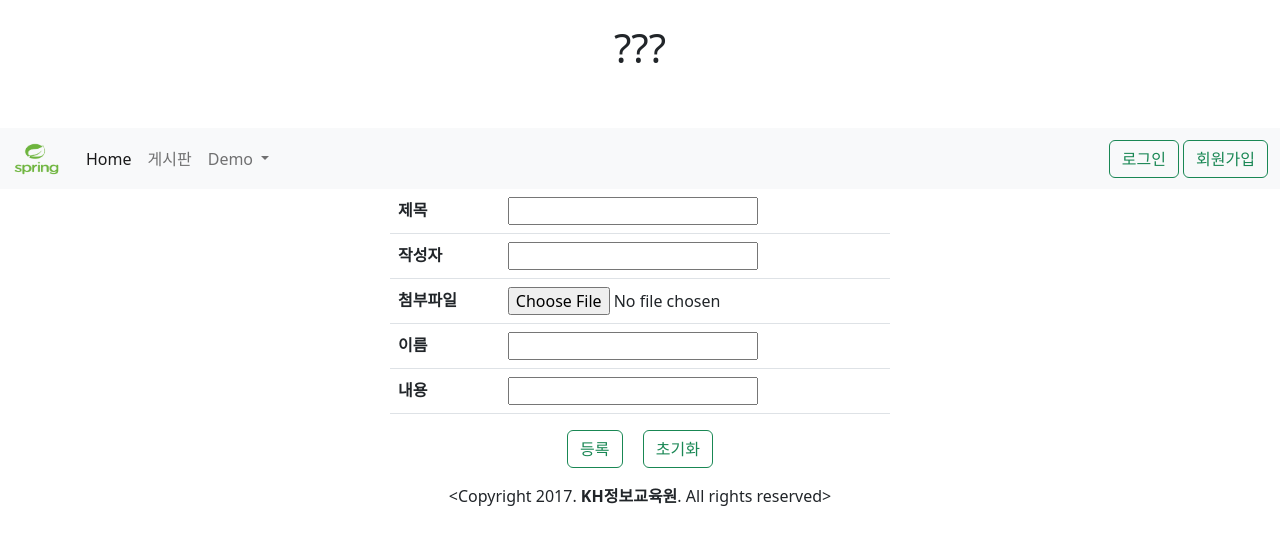
Repository: yerimeee/06_springWork
Page: http://localhost/springProject/WEB-INF/views/board/boardForm.jsp
An editor plug-in stored every save of this project. The page is shown before and after the next save, followed by the edit.
The browser window is 1280 px wide. The pictures show the whole page.
The page is served by Tomcat 9. Nobody is signed in. Other server files are loaded and not shown. The template is opened directly, without the code that normally fills it, so the values that code supplies are empty.

Above is the page before, as saved 2023-06-19 05:09:10.

### springProject/src/main/webapp/WEB-INF/views/board/boardForm.jsp
<%@ page language="java" contentType="text/html; charset=UTF-8"
    pageEncoding="UTF-8"%>

<style>
	#container{width:500px; margin:auto;}
	th, td{height:30px;}
	input{width:250px;}
	.guide {display:none;}
	.ok {color:green;}
	.error {color:red;}
</style>
<jsp:include page="/WEB-INF/views/common/header.jsp">
	<jsp:param value="글쓰기" name="title"/>
</jsp:include>
	<div id="container">
		<form action="${pageContext.request.contextPath}/board/boardEnroll.bo" method="post" name="enrollfrm" enctype="multipart/form-data">
			<table class="table">
				<tr>
					<th scope="col">제목</th>
					<td scope="col">
						<input name="boardTitle"  required>
					</td>
				</tr>
				<tr>
					<th scope="col">작성자</th>
					<td scope="col">
						<input name="boardWriter" value="${loginMember.userId }" readonly>
					</td>
				</tr>
				<tr>
					<th scope="col">첨부파일</th>
					<td scope="col">
						<input type="file" name="upFile">
					</td>
				</tr>
					<tr>
					<th scope="col">이름</th>
					<td scope="col">
						<input name="userName" required>
					</td>
				</tr>
					<tr>
					<th scope="col">내용</th>
					<td scope="col">
						<input name="content" row="10" cols="50" required>
					</td>
				</tr>
			</table>
			<button class="btn btn-outline-success" type="submit" >등록</button>&emsp;
			<button class="btn btn-outline-success" type="reset">초기화</button>
		</form>
	</div>

<jsp:include page="/WEB-INF/views/common/footer.jsp" />

### springProject/src/main/webapp/WEB-INF/views/common/header.jsp
<%@ page language="java" contentType="text/html; charset=UTF-8"
    pageEncoding="UTF-8"%>
<%@ taglib prefix="c" uri="http://java.sun.com/jsp/jstl/core" %>
<%@ taglib prefix="fmt" uri="http://java.sun.com/jsp/jstl/fmt" %>
<%@ taglib prefix="fn" uri="http://java.sun.com/jsp/jstl/functions" %>
<!DOCTYPE html>
<html>
<head>
<meta charset="UTF-8">

<title>${param.title }</title> <!-- input form은 request. 으로 받고 param으로 들어온 건 param으로 받음 -->

<script src="https://ajax.googleapis.com/ajax/libs/jquery/3.6.3/jquery.min.js"></script>
<link href="https://cdn.jsdelivr.net/npm/bootstrap@5.2.3/dist/css/bootstrap.min.css" rel="stylesheet" integrity="sha384-rbsA2VBKQhggwzxH7pPCaAqO46MgnOM80zW1RWuH61DGLwZJEdK2Kadq2F9CUG65" crossorigin="anonymous">
<link rel="stylesheet" href="${pageContext.request.contextPath}/resources/css/style.css">

<!-- DB에 저장이 잘 되었다면 alert창 띄우기 -->
<c:if test="${not empty msg }">
	<script type="text/javascript">
		alert('${msg}');
	</script>
</c:if>

</head>
<body>
	<script src="https://cdn.jsdelivr.net/npm/bootstrap@5.2.3/dist/js/bootstrap.bundle.min.js" integrity="sha384-kenU1KFdBIe4zVF0s0G1M5b4hcpxyD9F7jL+jjXkk+Q2h455rYXK/7HAuoJl+0I4" crossorigin="anonymous"></script>

	<header>
		<br>
		<h1 align="center">${param.title }</h1>
		<br><br>
		<nav class="navbar navbar-expand-lg bg-light">
		  <div class="container-fluid">
		    <a class="navbar-brand" href="#">
		    	<img src="${pageContext.request.contextPath}/resources/img/spring.png" alt="spring" width="50" height="35">
		    </a>
		    <button class="navbar-toggler" type="button" data-bs-toggle="collapse" data-bs-target="#navbarSupportedContent" aria-controls="navbarSupportedContent" aria-expanded="false" aria-label="Toggle navigation">
		      <span class="navbar-toggler-icon"></span>
		    </button>
		    <div class="collapse navbar-collapse" id="navbarSupportedContent">
		      <ul class="navbar-nav me-auto mb-2 mb-lg-0">
		        <li class="nav-item">
		          <a class="nav-link active" aria-current="page" href="${pageContext.request.contextPath }">Home</a>
		        </li>
		        <li class="nav-item">
		          <a class="nav-link" href="${pageContext.request.contextPath }/board/boardList.bo">게시판</a>
		        </li>
		        <li class="nav-item dropdown">
		          <a class="nav-link dropdown-toggle" href="#" role="button" data-bs-toggle="dropdown" aria-expanded="false">
		            Demo
		          </a>
		          <ul class="dropdown-menu">
		            <li><a class="dropdown-item" href="${pageContext.request.contextPath}/demo/devForm.do">Demo등록</a></li>
		            <li><a class="dropdown-item" href="${pageContext.request.contextPath}/demo/devList.do">Demo목록</a></li>
		          </ul>
		        </li>
		      </ul>
		      <%-- <button class="btn btn-outline-success" type="button" onclick="location.href='${pageContext.request.contextPath}/member/memberLogin.me'">로그인</button>&nbsp;--%>
		      																						<!-- 경로 이렇게 설정하면 get방식이 됨 -->

		    <!-- 로그인이 되어있지 않으면 로그인창 -->
		      <c:if test="${empty loginMember }">
		      	<button class="btn btn-outline-success" type="button"
		      		data-bs-toggle="modal" data-bs-target="#loginModal">로그인</button>&nbsp;
		      	<!-- 토글은 한 번 눌렀으면 보여지고 다시 누르면 안 보이는 기능인데 모달 창에서 버튼을 누르면 다른 모달창으로 넘어갈 수 있게 구현한 것임 -->
		      	<button class="btn btn-outline-success" type="button"
		      		onclick="location.href='${pageContext.request.contextPath}/member/memberEnroll.me'">회원가입</button>
		      	<!-- onclikc locatio.href으로 했으니 get방식이 됨 -->
		      </c:if>

		      <!-- 로그인이 되었으면 -->
		      <c:if test="${not empty loginMember }">
		      	<a href="${pageContext.request.contextPath }/member/memberDetail.me">${loginMember.userName }님 로그인 되었습니다</a>&emsp;
		      	<button class="btn btn-outline-success" type="button"
		      		onclick="location.href='${pageContext.request.contextPath}/member/memberLogout.me'">로그아웃</button>
		      </c:if>
		    </div>
		  </div>
		</nav>

		<!-- 로그인 모달창 -->
		<div class="modal" tabindex="-1" id="loginModal">
		  <div class="modal-dialog">
		    <div class="modal-content">
		      <div class="modal-header">
		        <h5 class="modal-title">로그인</h5>
		        <button type="button" class="btn-close" data-bs-dismiss="modal" aria-label="Close"></button>
		      </div>

		      <form action="${pageContext.request.contextPath }/member/memberLogin.me" method="post">
			      <div class="modal-body">
					<div class="mb-3 row">
						<label for="name" class="col-sm-2 col-form-label">ID</label>
						<div class="col-sm-10">
							<input type="text" class="form-control" name="userId" required>
						</div>
					</div>
						<div class="mb-3 row">
							<label for="career" class="col-sm-2 col-form-label">PW</label>
							<div class="col-sm-10">
								<input type="password" class="form-control" name="userPwd" required>
							</div>
						</div>
			      </div>

		      <div class="modal-footer">
		        <button type="button" class="btn btn-secondary" data-bs-dismiss="modal">닫기</button>
		        <button type="submit" class="btn btn-primary" data-bs-dismiss="modal">로그인</button>
		      </div>
		      </form>
		    </div>
		  </div>
		</div>
	</header>
	<section>

</body>
</html>

### springProject/src/main/webapp/WEB-INF/views/common/footer.jsp
<%@ page language="java" contentType="text/html; charset=UTF-8"
    pageEncoding="UTF-8"%>

	</section>
	<footer>
		<p>&lt;Copyright 2017. <strong>KH정보교육원</strong>. All rights reserved&gt;</p>
	</footer>

	</body>
</html>

### springProject/src/main/webapp/resources/css/style.css
@charset "UTF-8";

h1 {text-align:center;}
section {text-align:center;}
footer {text-align:center;}

After the next save:
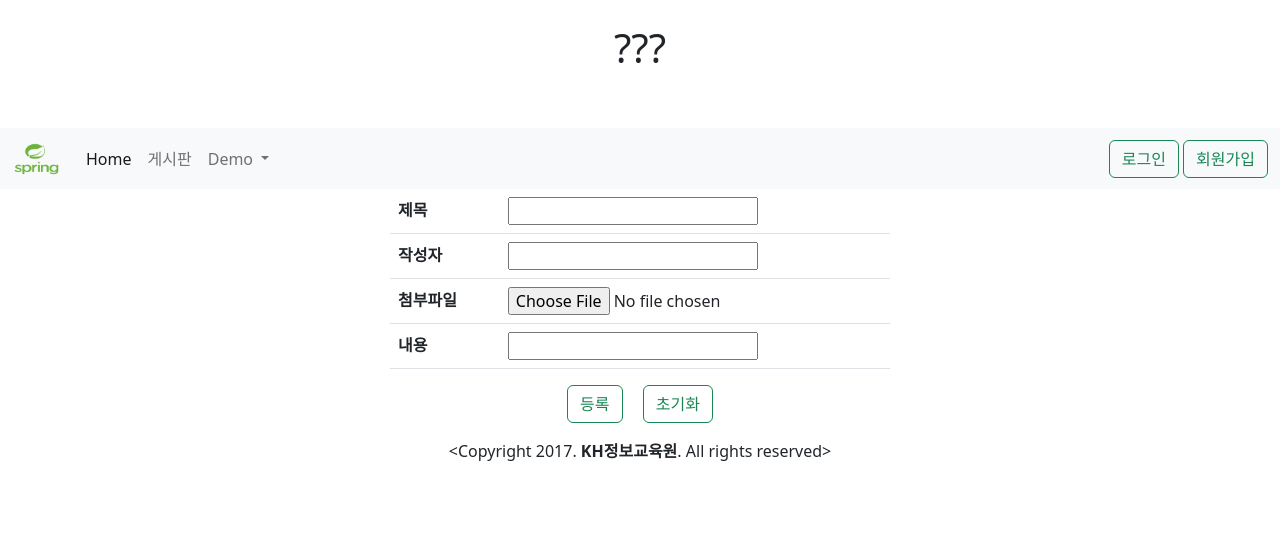
Saved 5 min 46 s later.
--- a/springProject/src/main/webapp/WEB-INF/views/board/boardForm.jsp
+++ b/springProject/src/main/webapp/WEB-INF/views/board/boardForm.jsp
@@ -34,12 +34,6 @@
 					</td>
 				</tr>
 					<tr>
-					<th scope="col">이름</th>
-					<td scope="col">
-						<input name="userName" required>
-					</td>
-				</tr>
-					<tr>
 					<th scope="col">내용</th>
 					<td scope="col">
 						<input name="content" row="10" cols="50" required>
